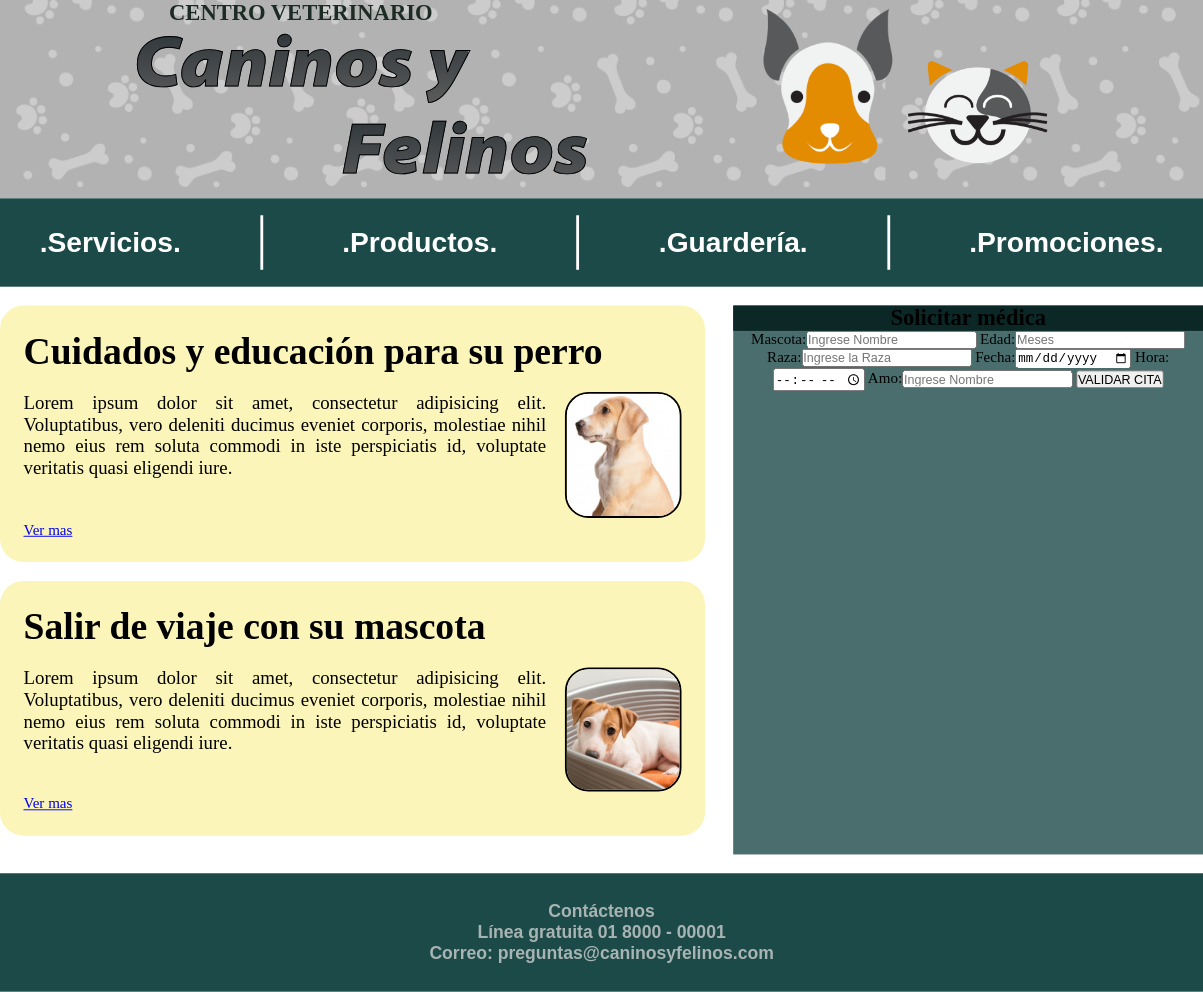
Repository: mariomr87/senaweb01
Page: principal.html
An editor plug-in stored every save of this project. The page is shown before and after the next save, followed by the edit.
The browser window is 1280 px wide. The pictures show the whole page, at 94% of full size.

Above is the page before, as saved 2021-10-23 11:11:27.

After the next save:
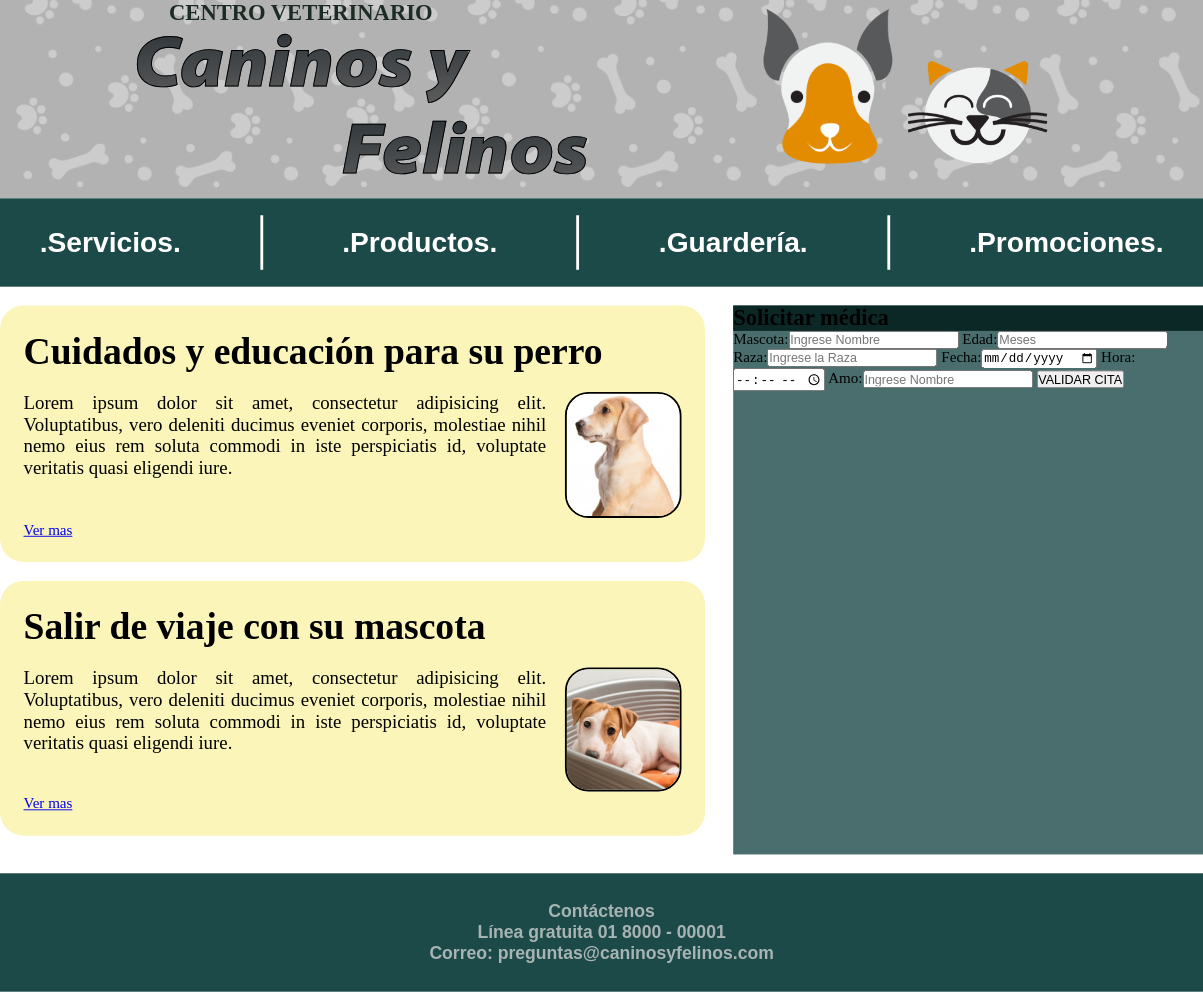
Saved 10 s later.
--- a/estilos.css
+++ b/estilos.css
@@ -116,7 +116,7 @@ aside{
     flex-direction: column;
     background: #496e6d;
     width: 40%;
-    text-align: center;
+
 }
 
 footer{
